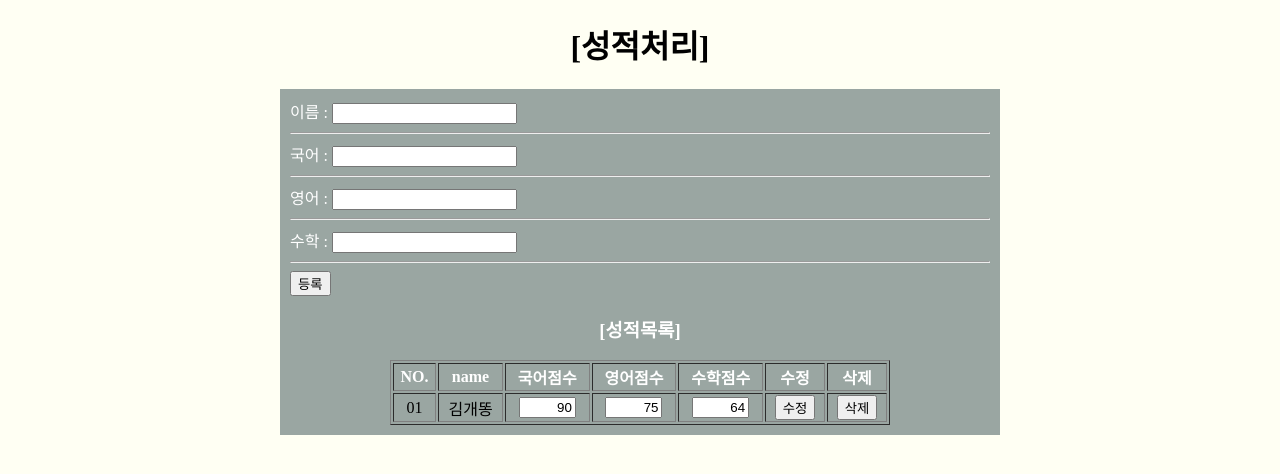
Repository: odasd/Ark-html
Page: 20200417/ex01/WebContent/ex20200417.html
An editor plug-in stored every save of this project. The page is shown before and after the next save, followed by the edit.
The browser window is 1280 px wide. The pictures show the whole page.

Above is the page before, as saved 2020-04-17 01:32:54.

### 20200417/ex01/WebContent/ex20200417.html
<!DOCTYPE html>
<html>
<head>
	<meta charset="UTF-8">
	<title>Insert title here</title>
	<style>
		h1,h3 {text-align:center;}
		#content {width:700px; background:#9aa6a2; color:white; margin:auto; padding:10px;}
		#tbl {margin:auto;}
		td{text-align:center;}
		.kor, .eng, .mat {text-align:right;}
		.row {color:black;}
		body {background:#fffff3;}
	</style>
</head>
<body>
	<h1>[성적처리]</h1>
	<div id="content">
		이름 : <input type="text" id="txtname">
		<hr>
		국어 : <input type="text" id="txtkor">
		<hr>
		영어 : <input type="text" id="txteng">
		<hr>
		수학 : <input type="text" id="txtmat">
		<hr>
		<input type="button" value="등록" id="btninsert">
		<h3>[성적목록]</h3>
		<table border=1 width=500 id="tbl">
			<tr class="title">
				<th>NO.</th>
				<th>name</th>
				<th>국어점수</th>
				<th>영어점수</th>
				<th>수학점수</th>
				<th>수정</th>
				<th>삭제</th>
			</tr>
			<tr class="row">
				<td>01</td>
				<td>김개똥</td>
				<td><input class="kor" type="text" size=4 value=90></td>
				<td><input class="eng" type="text" size=4 value=75></td>
				<td><input class="mat" type="text" size=4 value=64></td>
				<td><button class="update">수정</button></td>
				<td><button class="delete">삭제</button></td>
			</tr>
		</table>
	</div>
</body>
</html>

After the next save:
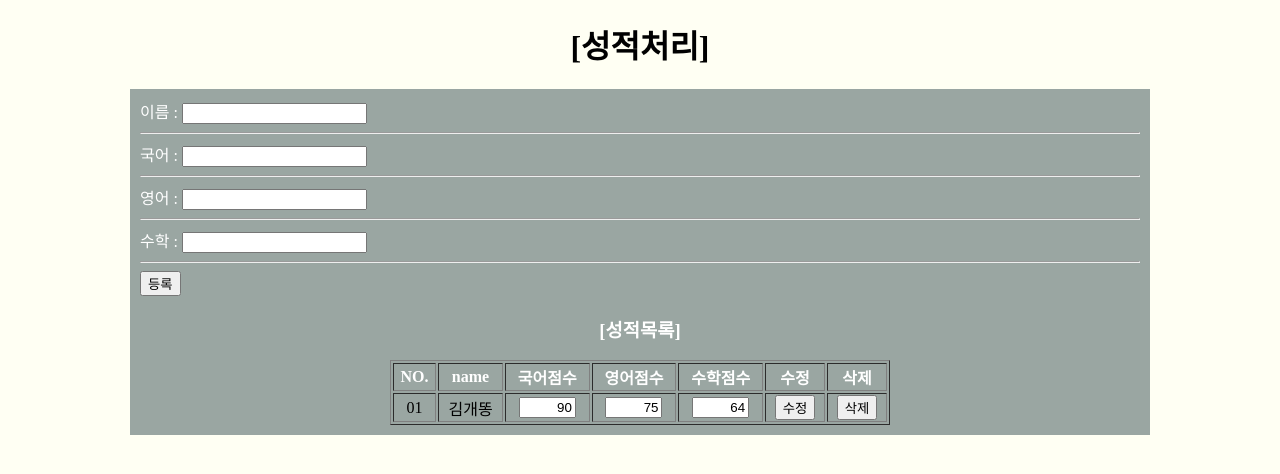
Saved 5 min 29 s later.
--- a/20200417/ex01/WebContent/ex20200417.html
+++ b/20200417/ex01/WebContent/ex20200417.html
@@ -5,7 +5,7 @@
 	<title>Insert title here</title>
 	<style>
 		h1,h3 {text-align:center;}
-		#content {width:700px; background:#9aa6a2; color:white; margin:auto; padding:10px;}
+		#content {width:1000px; background:#9aa6a2; color:white; margin:auto; padding:10px;}
 		#tbl {margin:auto;}
 		td{text-align:center;}
 		.kor, .eng, .mat {text-align:right;}

After the save that followed:
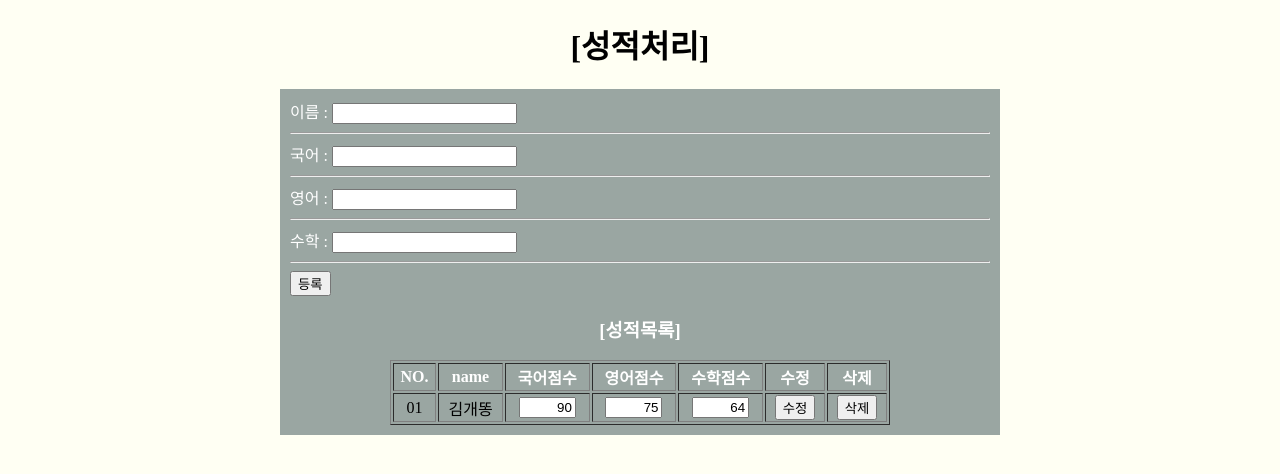
Saved 56 s later.
--- a/20200417/ex01/WebContent/ex20200417.html
+++ b/20200417/ex01/WebContent/ex20200417.html
@@ -5,12 +5,13 @@
 	<title>Insert title here</title>
 	<style>
 		h1,h3 {text-align:center;}
-		#content {width:1000px; background:#9aa6a2; color:white; margin:auto; padding:10px;}
+		#content {width:700px; background:#9aa6a2; color:white; margin:auto; padding:10px;}
 		#tbl {margin:auto;}
 		td{text-align:center;}
 		.kor, .eng, .mat {text-align:right;}
 		.row {color:black;}
 		body {background:#fffff3;}
+		.title {width:700px;}
 	</style>
 </head>
 <body>
